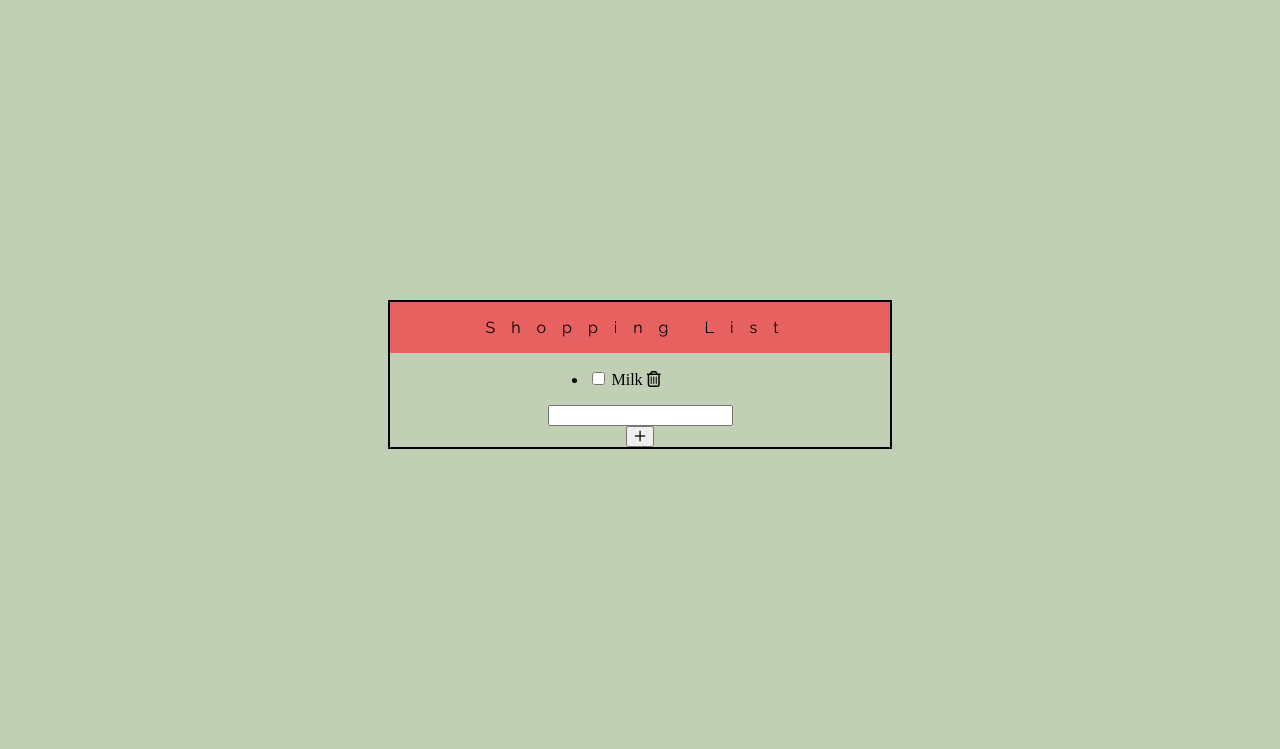
Repository: sephinejo/shopping-list-app
Page: index.html
These files come from the project's save history. The page is drawn as it stood at one moment and after the next save; the edit follows.
The browser window is 1280 px wide. The pictures show the whole page.
Some web fonts or font styles are not loaded; a fallback is used. Some web libraries are served in a nearby version.

Above is the page before, as saved 2023-05-11 18:19:45.

After the next save:
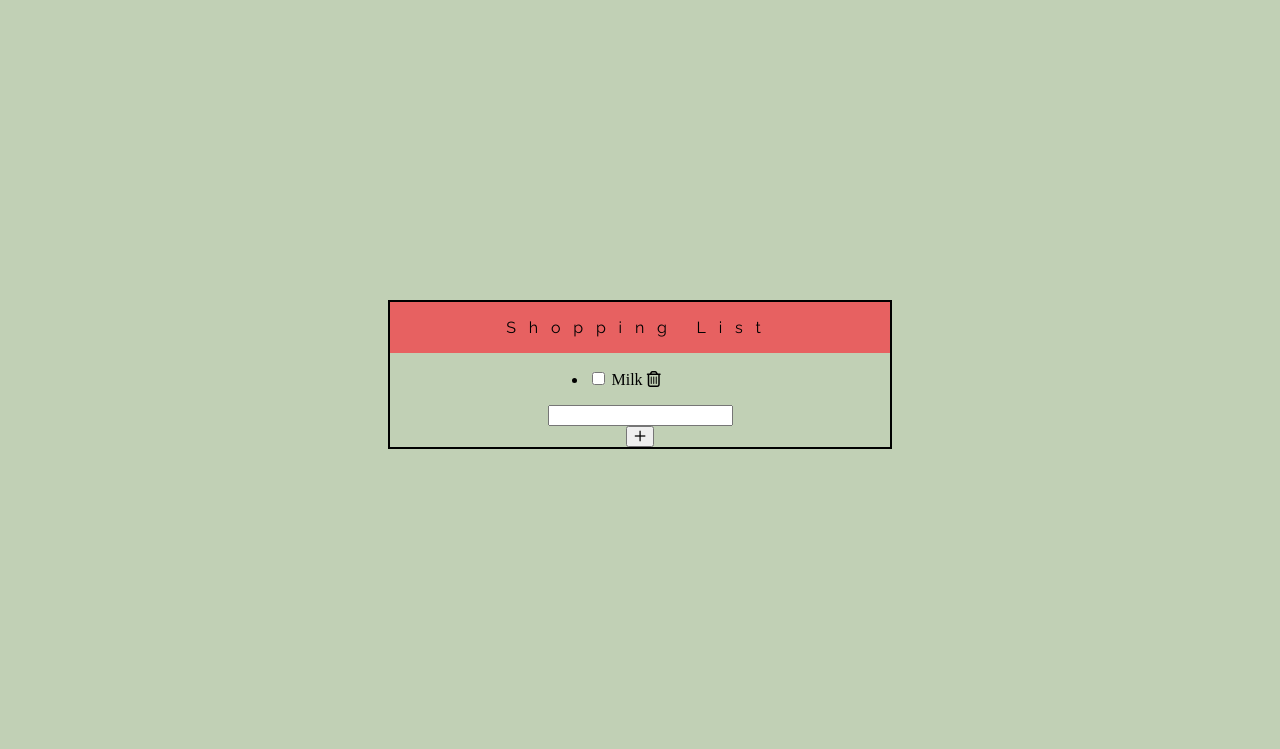
Saved 5 s later.
--- a/style.css
+++ b/style.css
@@ -16,6 +16,6 @@ header {
   width: 100%;
   text-align: center;
   font-family: Raleway;
-  letter-spacing: 1rem;
+  letter-spacing: 0.8rem;
   background-color: #e76161;
 }
